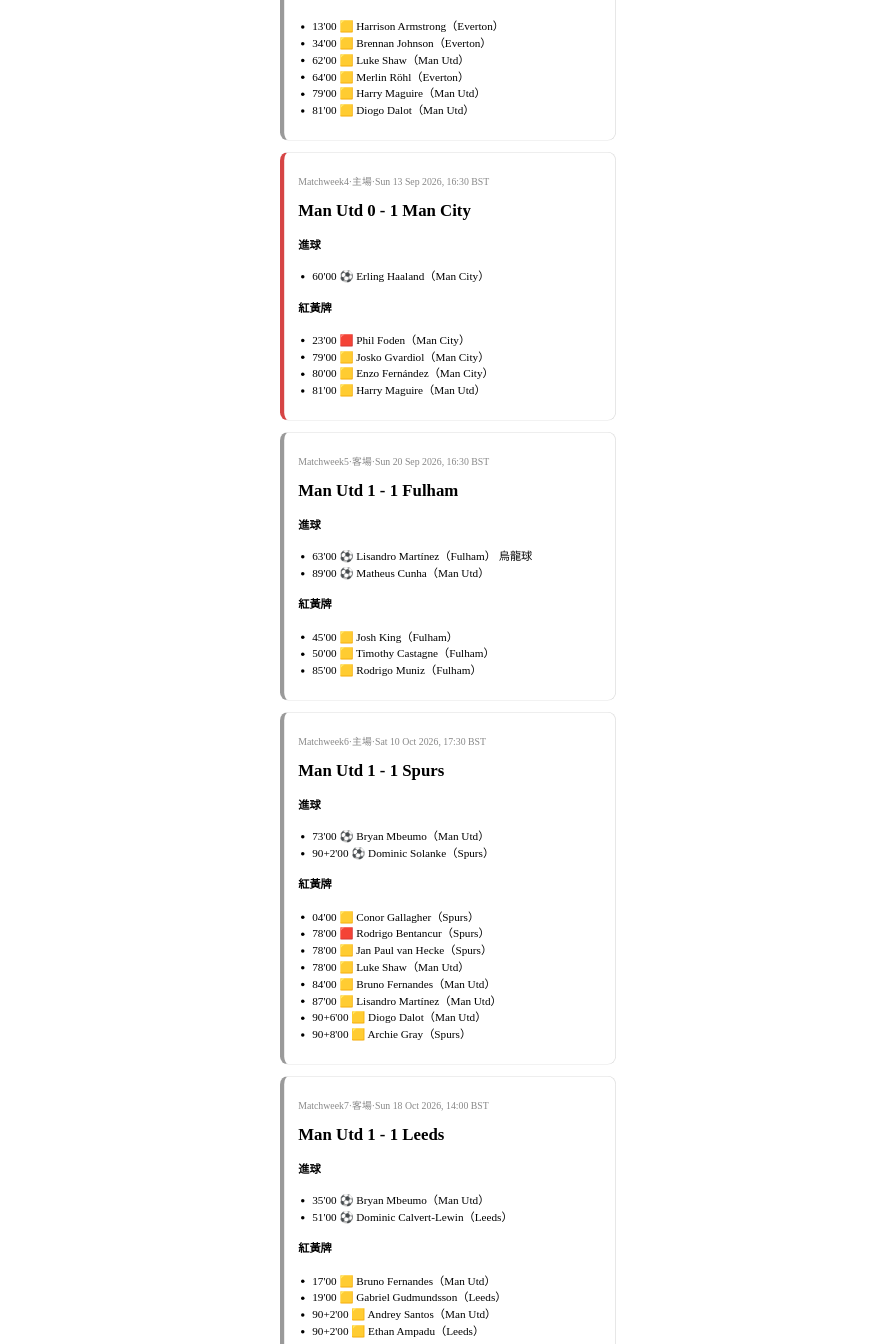
Repository: Chengyu0814/Premier-League-Dashboard
Page: / (app in frontend/)
These files come from the project's save history. The page is drawn as it stood at one moment and after the next save; the edit follows.
The browser window is 1280 px wide. The pictures show the part of the page from y = 560 to 2480 px (the page is 3024 px tall before and 3008 px after), at 70% of full size.
The project was rebuilt for these pictures with package versions that can differ from the ones it lists, and the page was loaded fresh each time. Also part of the build but not shown: frontend/vite.config.js.

Above is the page before, as saved 2026-10-27 14:14:29.

After the next save:
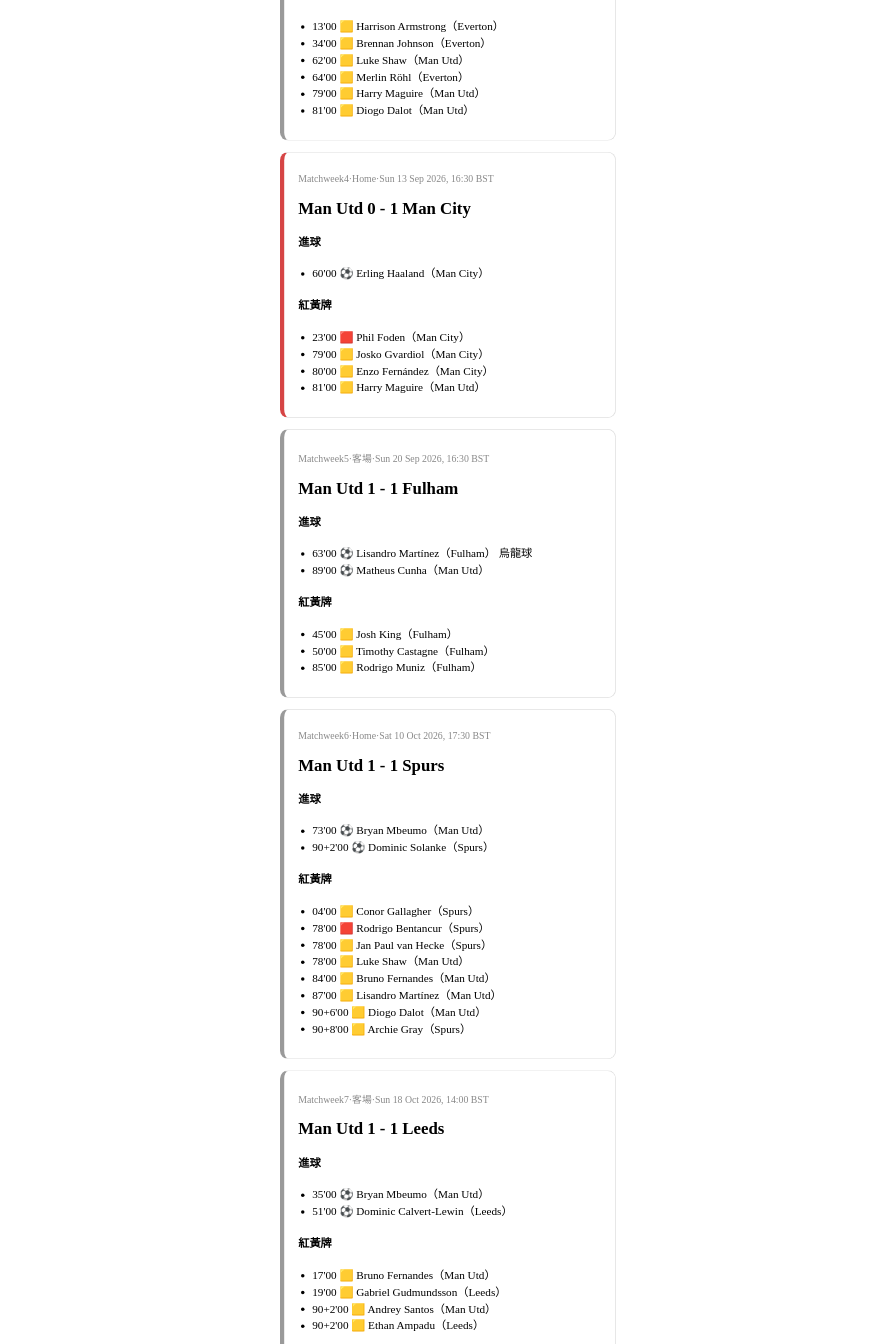
Saved 20 s later.
--- a/frontend/src/MatchCard.jsx
+++ b/frontend/src/MatchCard.jsx
@@ -5,7 +5,7 @@
 function MatchCard({ match }) {
   const { gameweek, kickoff, status, goals, cards } = match
   const { isHome, us, them } = getSides(match)
-  const venue = isHome ? '主場' : '客場'
+  const venue = isHome ? 'Home' : '客場'
 
   if (status !== 'C') {
   return (
